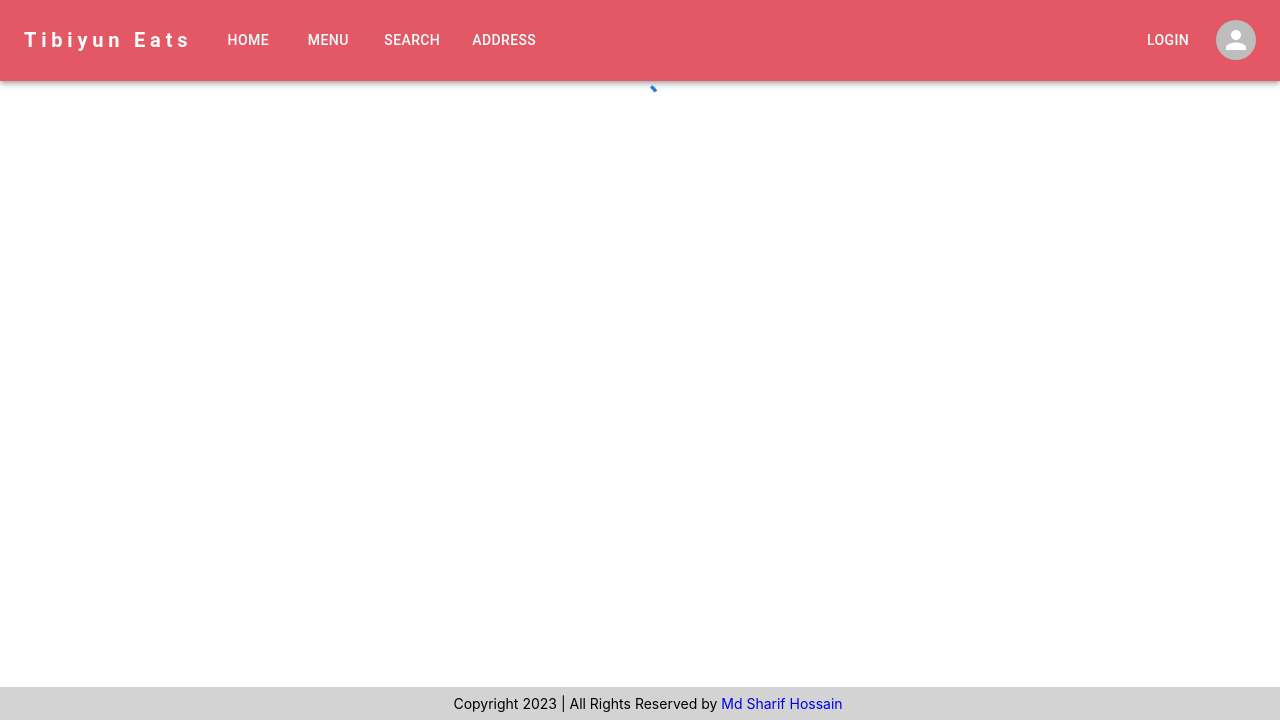
Repository: Sharif-00112/tibiyun-test-frontend
Page: /home
These files come from the project's save history. The page is drawn as it stood at one moment and after the next save; the edit follows.
The browser window is 1280 px wide. The pictures show the whole page.
The page's requests for data from a server got no answer. The project was rebuilt for these pictures with package versions that can differ from the ones it lists, and the page was loaded fresh each time. No one was signed in, and anything a server would have sent is missing. Also part of the build but not shown: src/Pages/Home/MenuItem/MenuItem.js, src/Pages/Home/WholeMenu/WholeMenu.js, src/Pages/Home/SearchMenu/SearchMenu.js, src/Pages/Home/Home/Home.js, src/Pages/NotFound/NotFound.js, src/Pages/Login/Login/Login.js, src/Pages/Login/Register/Register.js, src/Pages/Dashboard/Dashboard/Dashboard.js and 1 more. Imported but missing from the stored project, and not drawn on this page: src/Pages/Login/AdminRoute/AdminRoute, src/hooks/useTitle.

Above is the page before, as saved 2023-08-22 16:41:29.

After the next save:
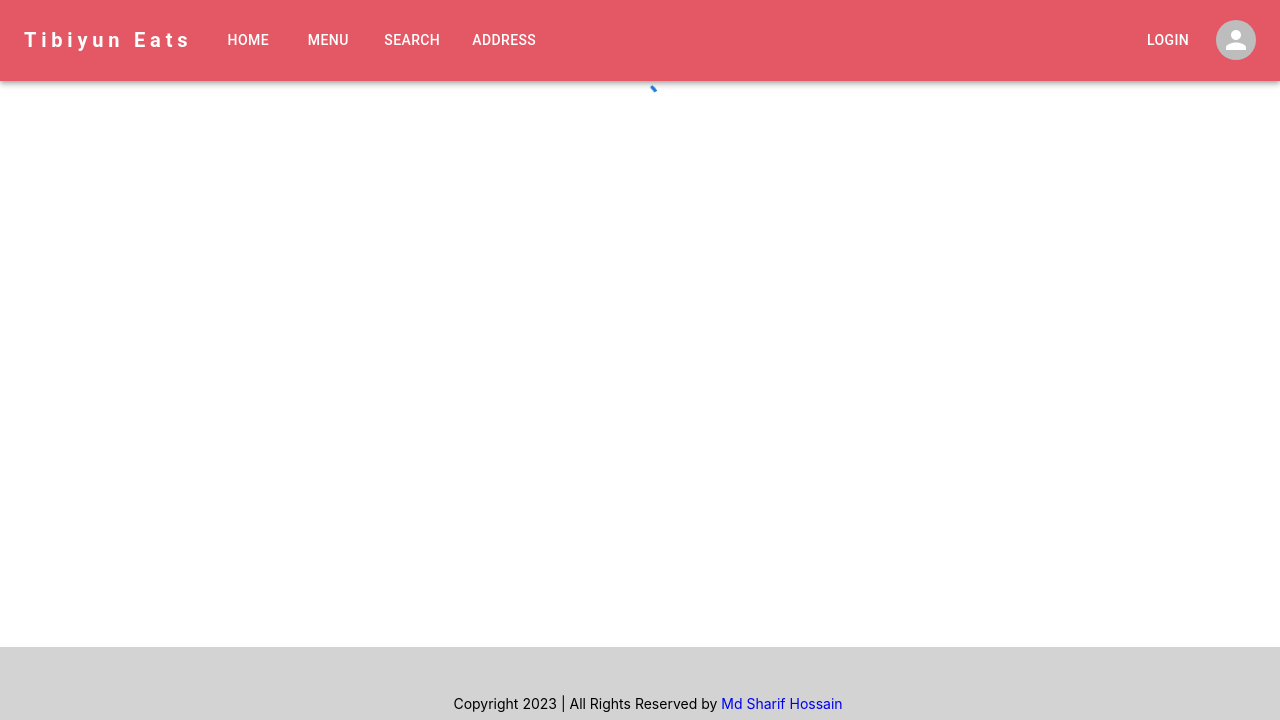
Saved 4 min 24 s later.
--- a/src/Pages/Shared/Footer/Footer.js
+++ b/src/Pages/Shared/Footer/Footer.js
@@ -13,7 +13,7 @@
                 padding: '8px',
                 marginTop: '15px'
             }}
-        >
+        >   <br /><br />
             <Typography sx={{ my: 0, mt: 0, fontSize: 14, fontWeight: 400 }} variant="" component="div">
                 Copyright 2023 | All Rights Reserved by <a style={{textDecoration: 'none'}} href="http://www.sharif-hossain.com">Md Sharif Hossain</a>
             </Typography>

After the save that followed:
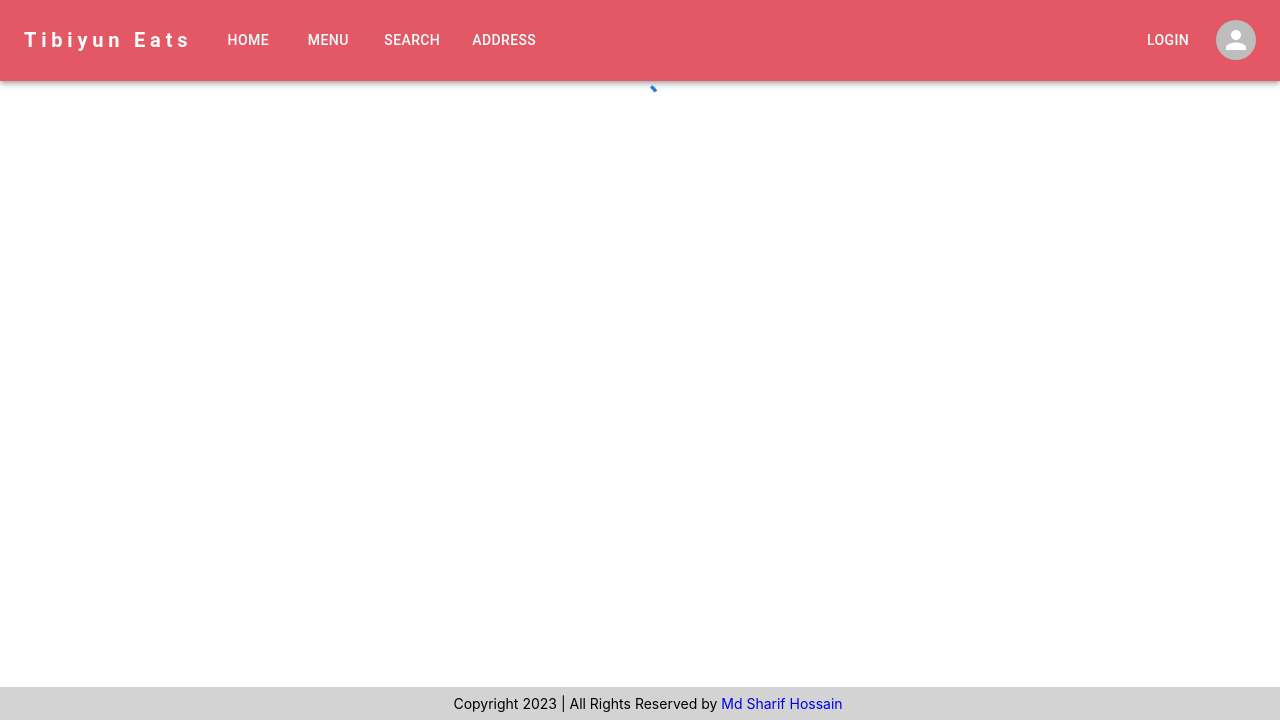
Saved 24 s later.
--- a/src/Pages/Shared/Footer/Footer.js
+++ b/src/Pages/Shared/Footer/Footer.js
@@ -13,7 +13,7 @@
                 padding: '8px',
                 marginTop: '15px'
             }}
-        >   <br /><br />
+        >
             <Typography sx={{ my: 0, mt: 0, fontSize: 14, fontWeight: 400 }} variant="" component="div">
                 Copyright 2023 | All Rights Reserved by <a style={{textDecoration: 'none'}} href="http://www.sharif-hossain.com">Md Sharif Hossain</a>
             </Typography>
